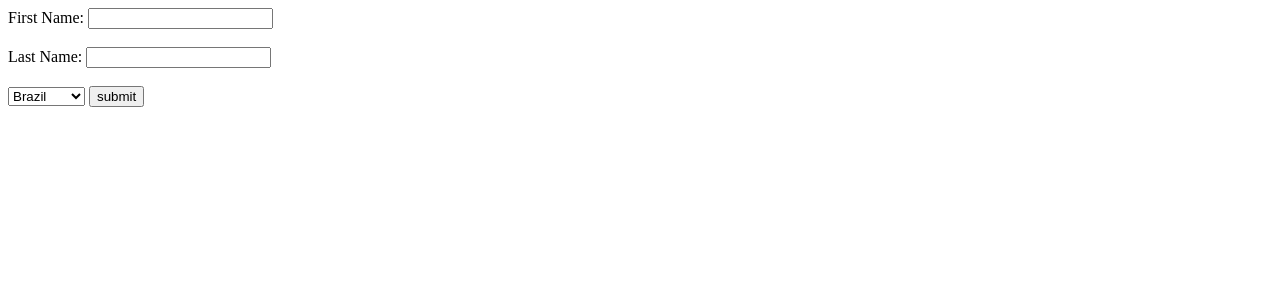
Repository: shailajaJ/database_app
Page: jsp-servlets/jspdemp/WebContent/student-form.html
The author's editor kept a copy of each file at every save. The page is drawn from the files as they stood at one save, then again after the next save.
The browser window is 1280 px wide. The pictures show the whole page.

Above is the page before, as saved 2017-03-12 17:42:12.

After the next save:
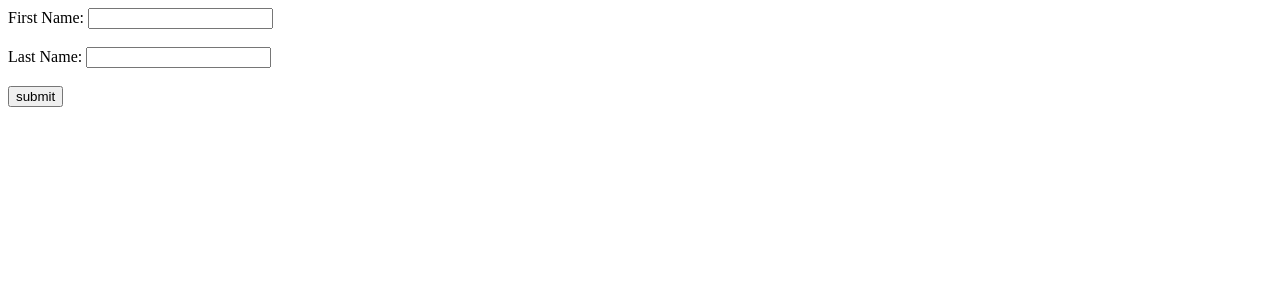
Saved 6 s later.
--- a/jsp-servlets/jspdemp/WebContent/student-form.html
+++ b/jsp-servlets/jspdemp/WebContent/student-form.html
@@ -6,15 +6,7 @@
 		<br></br>
 		Last Name: <input type="text" name="lastName">
 		<br></br>
-		<select name="country">
-			<option>Brazil</option>
-			<option>France</option>
-			<option>Germany</option>
-			<option>USA</option>
-			<option>UK</option>
-			<option>India</option>
-			<option>Japan</option>
-		</select>
+
 		<input type="submit" value="submit">
 	</form>
 </body>
